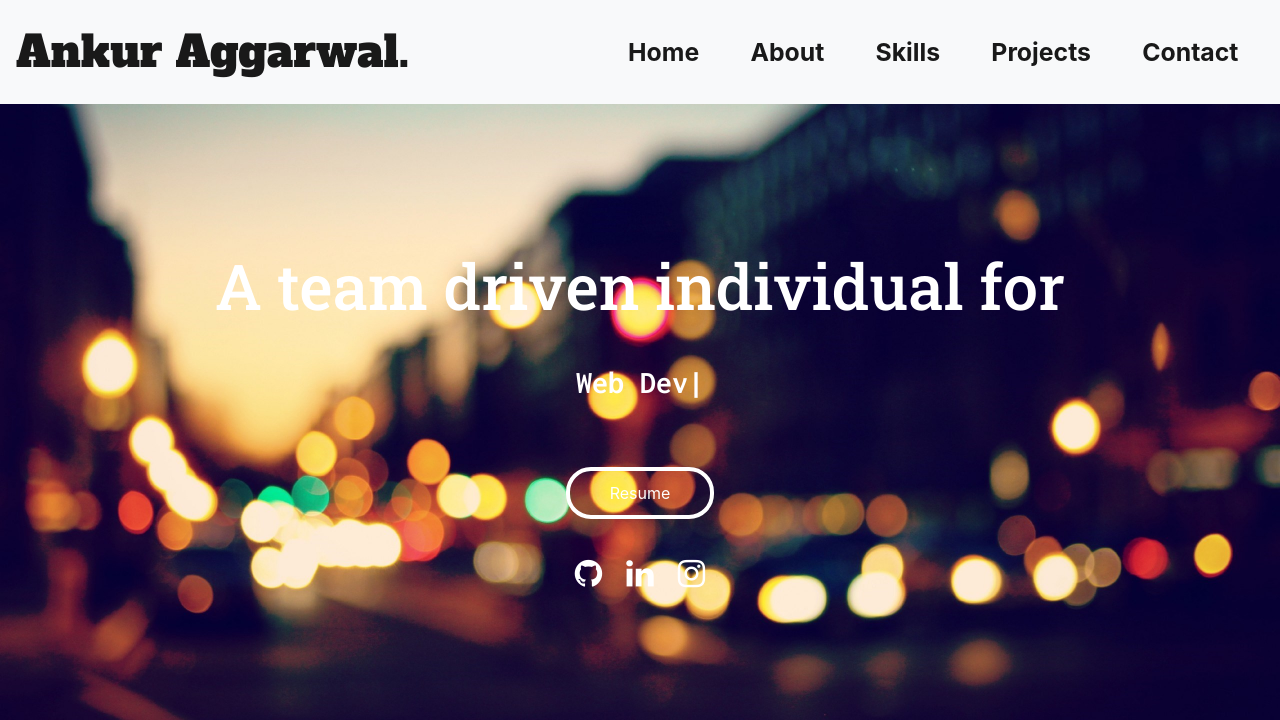
Repository: AnkurDevv/PersonalWebsite
Page: index.html
These files come from the project's save history. The page is drawn as it stood at one moment and after the next save; the edit follows.
The browser window is 1280 px wide. The pictures show the whole page.
Some web fonts or font styles are not loaded; a fallback is used.

Above is the page before, as saved 2020-09-13 16:18:52.

After the next save:
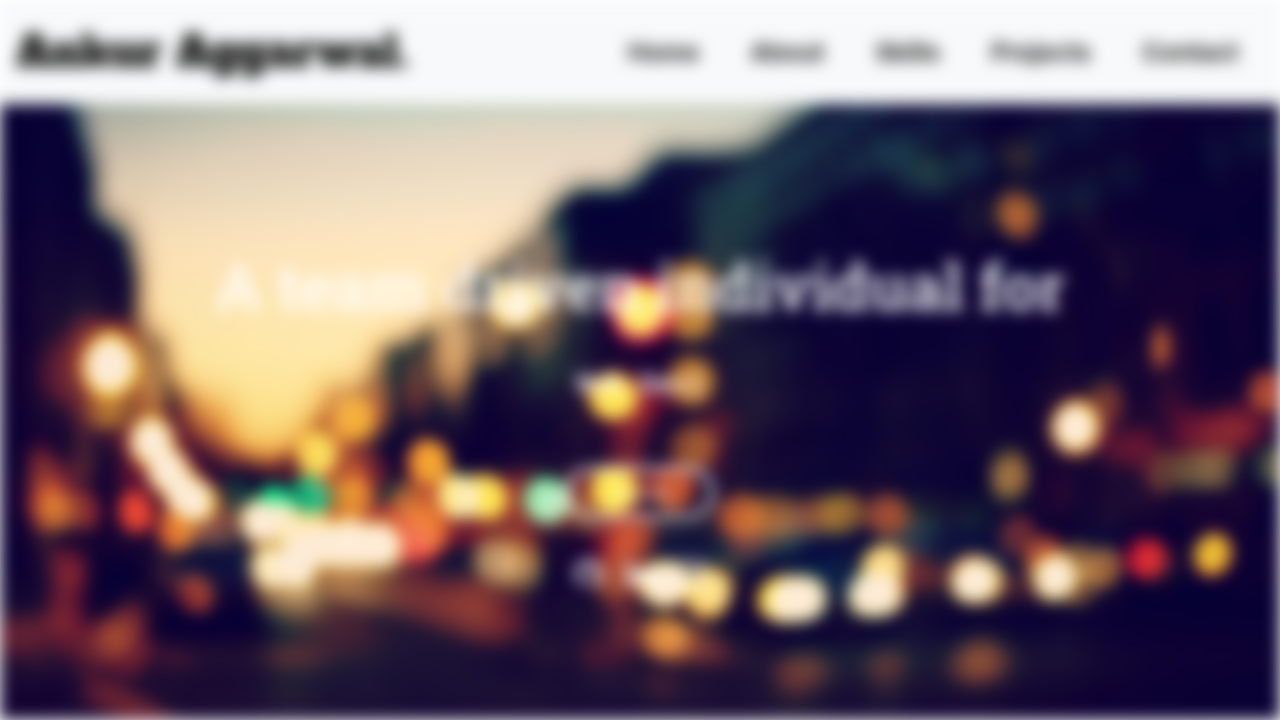
Saved 31 s later.
--- a/style/index.css
+++ b/style/index.css
@@ -51,6 +51,7 @@
   -webkit-background-size: cover;
   background-position: center;
   overflow: hidden;
+  filter: blur(8px);
 }
 
 #MainNameHeading{

After the save that followed:
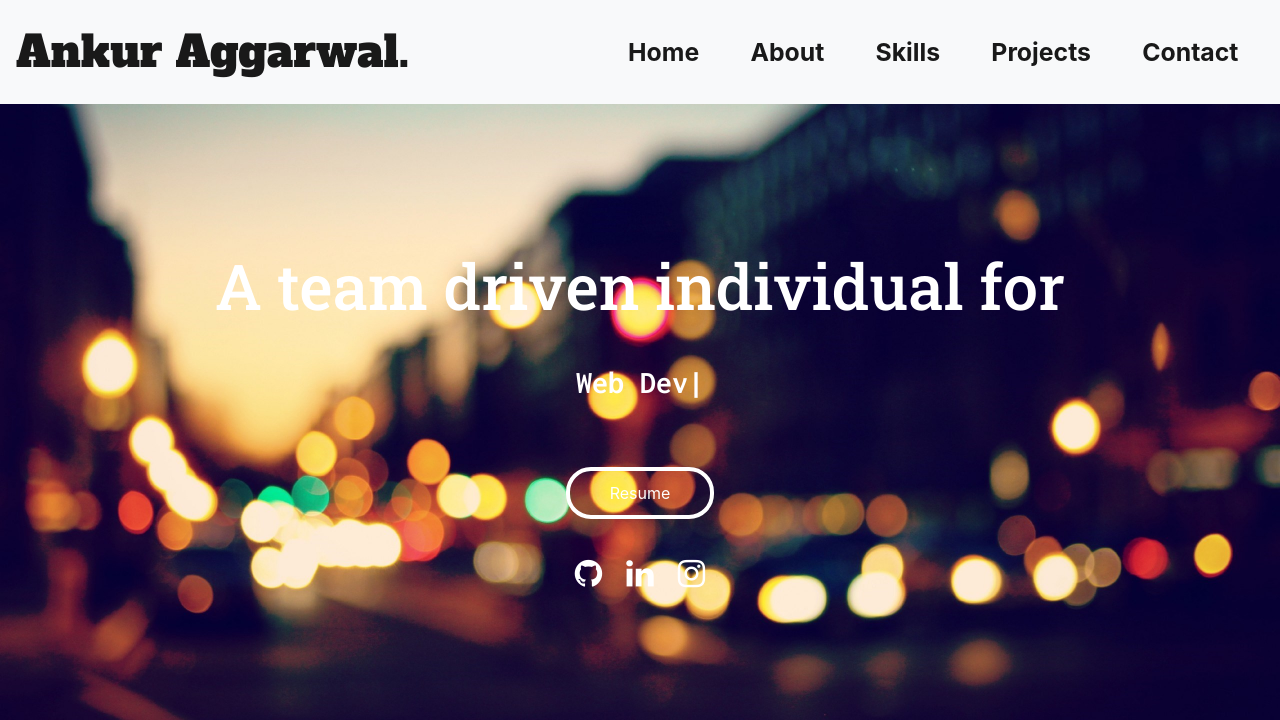
Saved 22 s later.
--- a/style/index.css
+++ b/style/index.css
@@ -51,7 +51,7 @@
   -webkit-background-size: cover;
   background-position: center;
   overflow: hidden;
-  filter: blur(8px);
+
 }
 
 #MainNameHeading{
